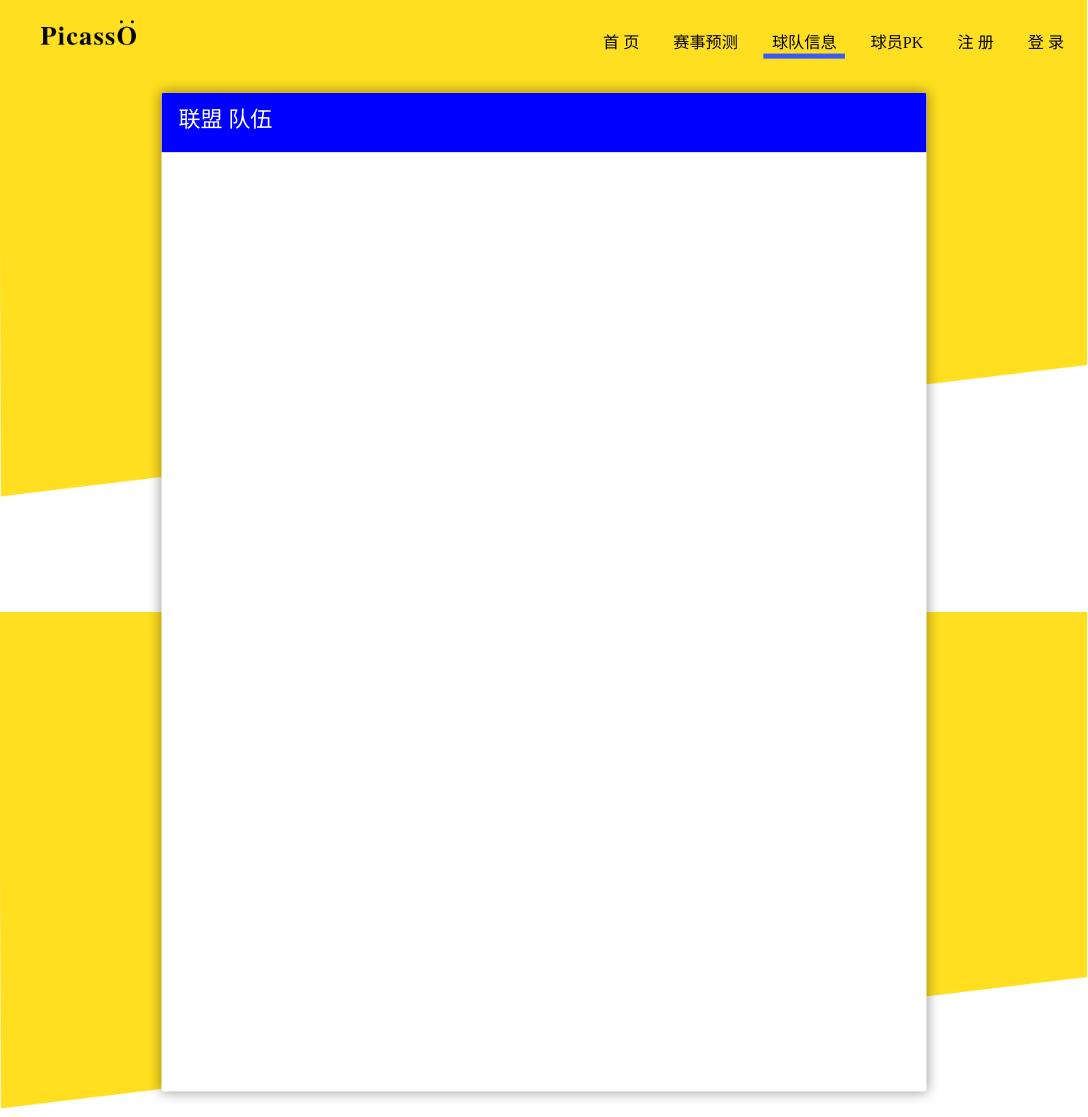
Repository: cciixx/nba-prediction-sys
Page: public/team_index.html
These files come from the project's save history. The page is drawn as it stood at one moment and after the next save; the edit follows.
The browser window is 1280 px wide. The pictures show the whole page, at 85% of full size.
The page's requests for data from a server got no answer. Backgrounds fixed to the window are drawn as part of the page.

Above is the page before, as saved 2020-03-20 22:07:23.

After the next save:
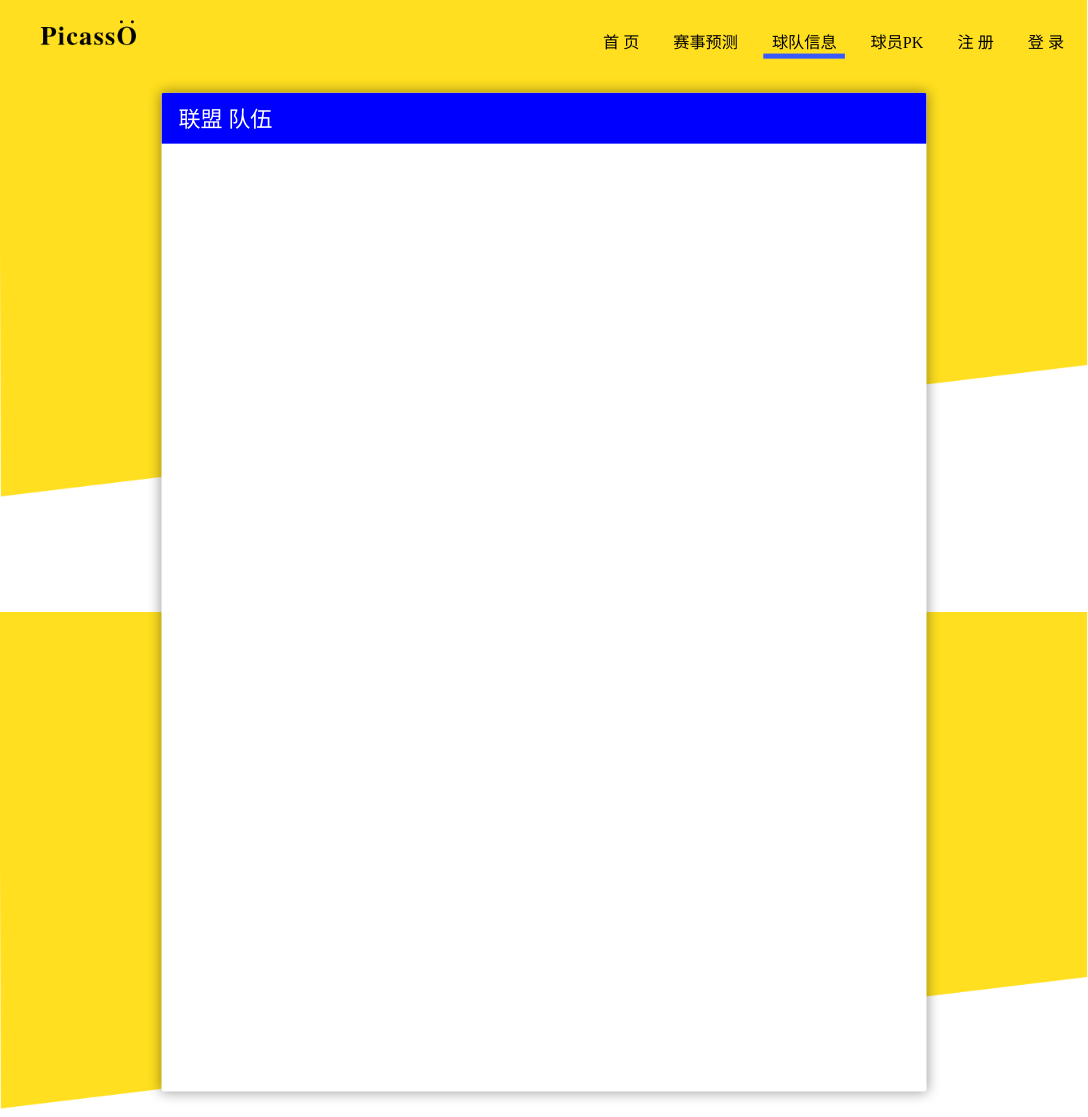
Saved 7 s later.
--- a/public/stylesheets/team_index.css
+++ b/public/stylesheets/team_index.css
@@ -12,7 +12,7 @@
 }
 .list-title{
     background-color: blue;
-    height: 70px;
+    height: 60px;
     text-align: left;
 }
 .list-title span{
